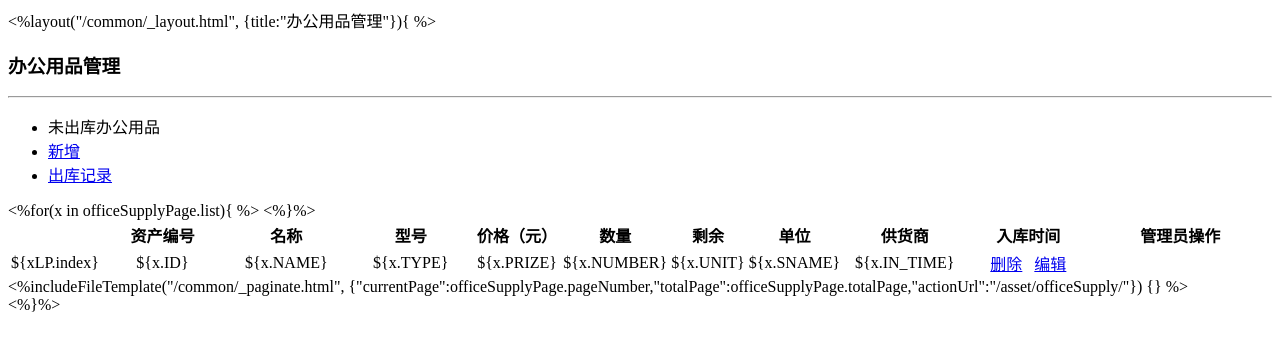
Repository: GaoChengliang/summerTask
Page: Campus_gcl/WebRoot/asset_management/office_supply/office_supply.html
The author's editor kept a copy of each file at every save. The page is drawn from the files as they stood at one save, then again after the next save.
The browser window is 1280 px wide. The pictures show the whole page.

Above is the page before, as saved 2015-07-29 08:10:07.

### Campus_gcl/WebRoot/asset_management/office_supply/office_supply.html
<%layout("/common/_layout.html", {title:"办公用品管理"}){ %>
<div>

	<div class="masthead">
			<h3 class="muted">办公用品管理</h3>
	</div>
	<hr/>
    <ul class="breadcrumb">
        <li class="active">未出库办公用品<span class="divier"></span></li>
        <li><a href="/asset/officeSupply/add/${officeSupplyPage.totalPage}">新增</a></li>
        <li class="pull-right"><a href="/asset/officeSupply/outRecord" target="_blank">出库记录</a></li>
    </ul>
    <div>
        <table class="table table-hover">
            <thead>
            <tr>
                <th style="text-align:center; width:5%"></th>
                <th style="text-align:center; width:10%">资产编号</th>
                <th style="text-align:center; width:10%">名称</th>
                <th style="text-align:center; width:10%">型号</th>
                <th style="text-align:center; width:7%">价格（元）</th>
                <th style="text-align:center; width:5%">数量</th>
                <th style="text-align:center; width:5%">剩余</th>
                <th style="text-align:center; width:7%">单位</th>
                <th style="text-align:center; width:10%">供货商</th>
                <th style="text-align:center; width:10%">入库时间</th>
                <th style="text-align:center; width:15%">管理员操作</th>
            </tr>
            </thead>
			<tbody>
           <%for(x in officeSupplyPage.list){ %>
                <tr>
                    <td style="text-align:center;">${xLP.index}</td>
                    <td style="text-align:center;">${x.ID}</td>
                    <td style="text-align:center;">${x.NAME}</td>
                    <td style="text-align:center;">${x.TYPE}</td>
                    <td style="text-align:center;">${x.PRIZE}</td>
                    <td style="text-align:center;">${x.NUMBER}</td>
                    <td style="text-align:center;">${x.UNIT}</td>
                    <td style="text-align:center;">${x.SNAME}</td>
                    <td style="text-align:center;">${x.IN_TIME}</td>
                    <td style="text-align:center;">
                            <a href="/asset/officeSupply/delete/${x.ID}">删除</a>
                            &nbsp;&nbsp;<a href="/asset/officeSupply/edit/${x.ID}-${officeSupplyPage.pageNumber}">编辑</a>
                    </td>
                </tr>
            <%}%>
            </tbody>
        </table>
       	<%includeFileTemplate("/common/_paginate.html",
		{"currentPage":officeSupplyPage.pageNumber,"totalPage":officeSupplyPage.totalPage,"actionUrl":"/asset/officeSupply/"}) {}
	    %>
    </div>
</div>
<%}%>

After the next save:
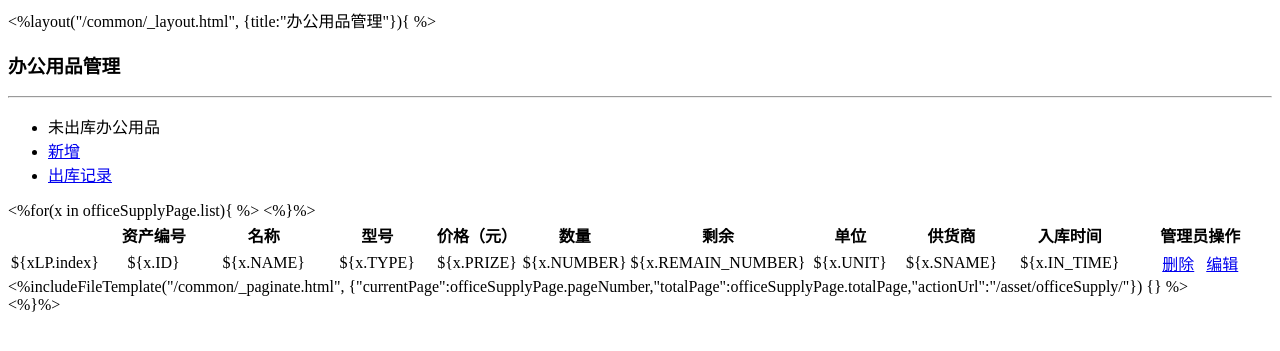
Saved 32 s later.
--- a/Campus_gcl/WebRoot/asset_management/office_supply/office_supply.html
+++ b/Campus_gcl/WebRoot/asset_management/office_supply/office_supply.html
@@ -36,6 +36,7 @@
                     <td style="text-align:center;">${x.TYPE}</td>
                     <td style="text-align:center;">${x.PRIZE}</td>
                     <td style="text-align:center;">${x.NUMBER}</td>
+                    <td style="text-align:center;">${x.REMAIN_NUMBER}</td>
                     <td style="text-align:center;">${x.UNIT}</td>
                     <td style="text-align:center;">${x.SNAME}</td>
                     <td style="text-align:center;">${x.IN_TIME}</td>
